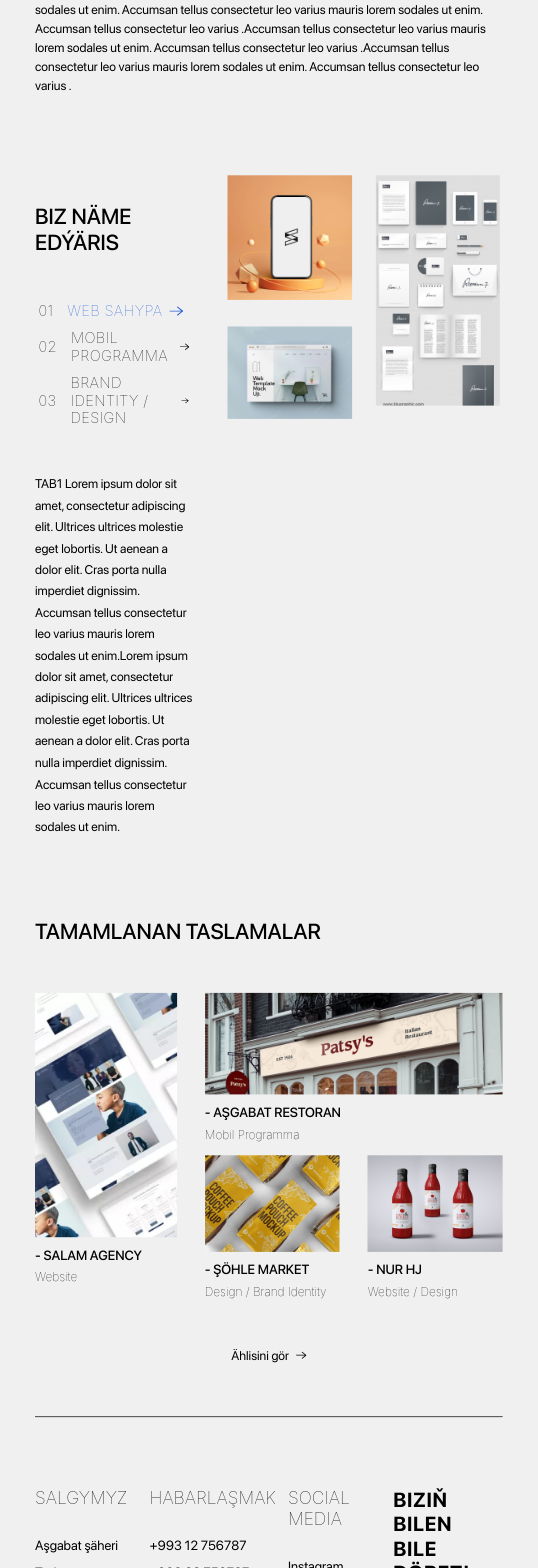
Repository: Meylis7/Sanly-Merkez-Web
Page: main.html
These files come from the project's save history. The page is drawn as it stood at one moment and after the next save; the edit follows.
The browser window is 768 px wide. The pictures show the part of the page from y = 1179 to 3419 px (the page is 3709 px tall before and 3913 px after), at 70% of full size.
Some web fonts or font styles are not loaded; a fallback is used.

Above is the page before, as saved 2022-05-07 19:05:34.

After the next save:
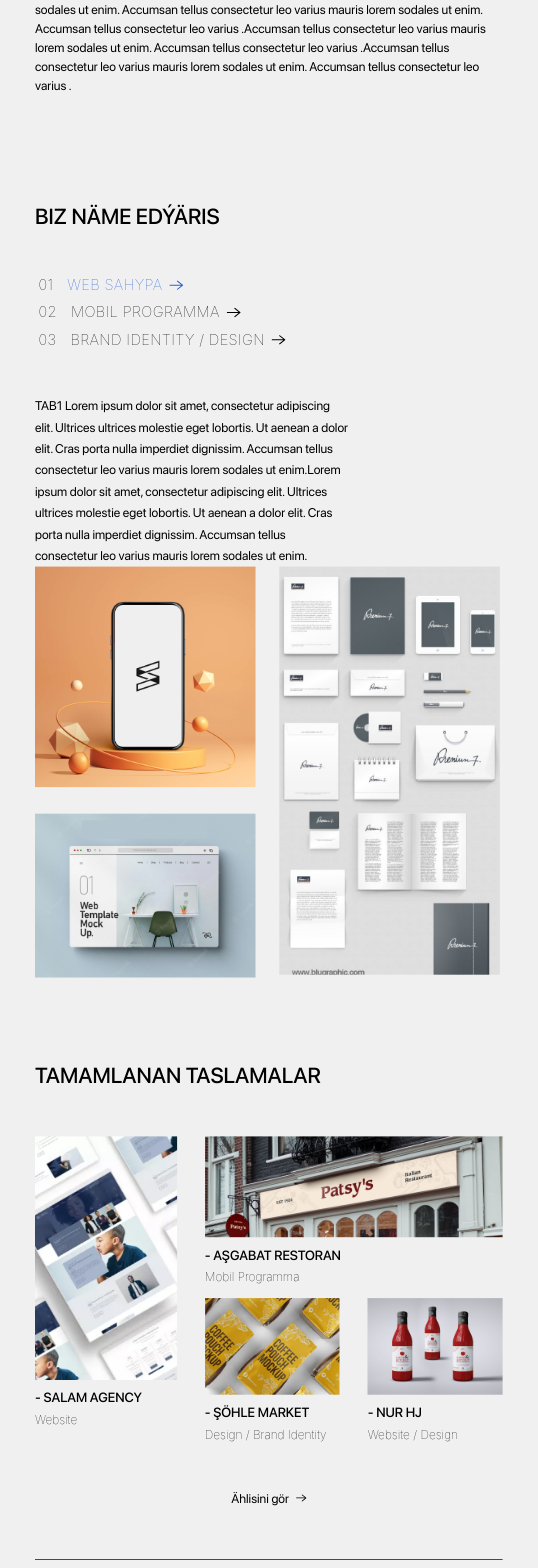
Saved 9 min 10 s later.
--- a/css/main.css
+++ b/css/main.css
@@ -708,4 +708,7 @@ header .btn{
   .about-text-container p{
     max-width: 100%;
   }
-}
+  .wwd-conteiner{
+    flex-direction: column;
+  }
+}
